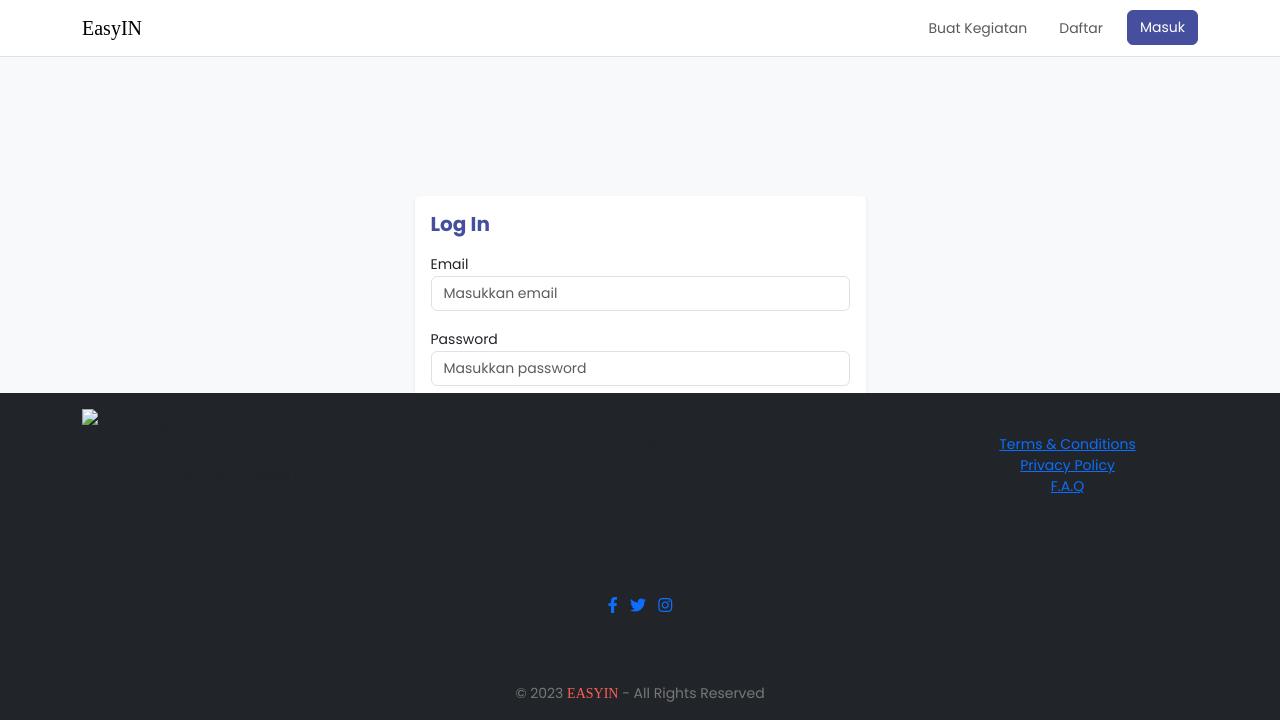
Repository: Imadaaa/Ticketing_Online
Page: http://localhost/login
The author's editor kept a copy of each file at every save. The page is drawn from the files as they stood at one save, then again after a run of saves.
The browser window is 1280 px wide. The pictures show the whole page.
Some web fonts or font styles are not loaded; a fallback is used. The page is served by the project's Laravel application, run on PHP 8.4 with Laravel 10. Other server files are loaded and not shown.

Above is the page before, as saved 2023-08-22 02:12:32.
Console error: ReferenceError: $ is not defined

### routes/web.php
<?php

use Illuminate\Support\Facades\Route;
use App\Http\Controllers\AuthController;
use App\Http\Controllers\AcaraController;
use App\Http\Controllers\TiketController;
use App\Http\Controllers\UsersController;
use App\Http\Controllers\KampusController;
use App\Http\Controllers\LokasiController;
use App\Http\Controllers\KategoriController;
use App\Http\Controllers\DashboardController;
use App\Http\Controllers\JenisTiketController;
use App\Http\Controllers\LandingPageController;
use App\Http\Controllers\MetodePembayaranController;

/*
|--------------------------------------------------------------------------
| Web Routes
|--------------------------------------------------------------------------
|
| Here is where you can register web routes for your application. These
| routes are loaded by the RouteServiceProvider and all of them will
| be assigned to the "web" middleware group. Make something great!
|
*/

// landing page
Route::get('/', [LandingPageController::class, 'index'])->name('landing-page.index');

// acara
Route::group(['prefix' => 'acara'], function() {
    Route::get('/{slug}', [AcaraController::class, 'landingPageShow'])->name('landing-page.acara.show');
});

// kategori
Route::group(['prefix' => 'kategori'], function() {
    Route::get('/', [KategoriController::class, 'landingPageIndex'])->name('landing-page.kategori.index');
});

// auth
Route::get('/login', [AuthController::class, 'getLogin'])->name('login');
Route::post('/login', [AuthController::class, 'doLogin']);
Route::post('/logout', [AuthController::class, 'doLogout'])->name('logout');
Route::group(['prefix' => 'register'], function() {
    Route::get('/', [AuthController::class, 'getRegister'])->name('register');
    Route::post('/', [AuthController::class, 'doRegister']);
    Route::get('/verifikasi/{token}', [AuthController::class, 'doVerifikasi']);
});

// dashboard
Route::group(['prefix' => 'dashboard'], function() {
    // pages
    Route::get('/', [DashboardController::class, 'getIndex'])->name('dashboard.index');

    // kategori
    Route::group(['prefix' => 'kategori'], function() {
        Route::get('/datatable-json', [KategoriController::class, 'datatableJson'])->name('dashboard.kategori.datatable-json');
    });
    Route::resource('kategori', KategoriController::class, ['as' => 'dashboard'])->except('show');

    // lokasi
    Route::group(['prefix' => 'lokasi'], function() {
        Route::get('/datatable-json', [LokasiController::class, 'datatableJson'])->name('dashboard.lokasi.datatable-json');
    });
    Route::resource('lokasi', LokasiController::class, ['as' => 'dashboard'])->except('show');

    // kampus
    Route::group(['prefix' => 'kampus'], function() {
        Route::get('/datatable-json', [KampusController::class, 'datatableJson'])->name('dashboard.kampus.datatable-json');
    });
    Route::resource('kampus', KampusController::class, ['as' => 'dashboard'])->except('show')->parameters(['kampus' => 'kampus']);

    // metode pembayaran
    Route::group(['prefix' => 'metode-pembayaran'], function() {
        Route::get('/datatable-json', [MetodePembayaranController::class, 'datatableJson'])->name('dashboard.metode-pembayaran.datatable-json');
    });
    Route::resource('metode-pembayaran', MetodePembayaranController::class, ['as' => 'dashboard'])->except('show');

    // user
    Route::group(['prefix' => 'user'], function() {
        Route::get('/datatable-json', [UsersController::class, 'datatableJson'])->name('dashboard.user.datatable-json');
    });
    Route::resource('user', UsersController::class, ['as' => 'dashboard'])->only(['index', 'destroy']);

    // acara
    Route::group(['prefix' => 'acara'], function() {
        Route::get('/datatable-json', [AcaraController::class, 'datatableJson'])->name('dashboard.acara.datatable-json');

        Route::get('/{acara}/jenis-tiket', [JenisTiketController::class, 'index'])->name('dashboard.jenis-tiket.index');
        Route::post('/{acara}/jenis-tiket', [JenisTiketController::class, 'store'])->name('dashboard.jenis-tiket.store');

        Route::get('/{acara}/tiket/datatable-json', [TiketController::class, 'datatableJson'])->name('dashboard.tiket.datatable-json');
        Route::post('/{acara}/tiket', [TiketController::class, 'store'])->name('dashboard.tiket.store');
        Route::delete('/tiket/{tiket}', [TiketController::class, 'destroy'])->name('dashboard.tiket.destroy');
    });
    Route::resource('acara', AcaraController::class, ['as' => 'dashboard'])->except('show');
});

### app/Http/Controllers/AuthController.php
<?php

namespace App\Http\Controllers;

use App\Models\User;
use App\Mail\VerifyEmail;
use Illuminate\Support\Str;
use Illuminate\Http\Request;
use App\Http\Requests\UserRequest;
use Illuminate\Support\Facades\DB;
use Illuminate\Support\Facades\Mail;

class AuthController extends Controller
{
    public function getLogin()
    {
        return view('auth.login');
    }

    public function doLogin(Request $request)
    {
        $credentials = [
            'email' => $request->email,
            'password' => $request->password,
            'is_active' => true
        ];

        if(auth()->attempt($credentials)) {
            return redirect()->route('landing-page.index');
        }

        return redirect()->back()->with('error', 'Email atau password salah');
    }

    public function getRegister()
    {
        return view('auth.register');
    }

    public function doRegister(UserRequest $request)
    {
        $verify_token = Str::random(25);

        $payload = [
            'nama' => $request->nama,
            'verify_token' => $verify_token
        ];

        DB::beginTransaction();

        try {
            Mail::to($request->email)->send(new VerifyEmail($payload));

            User::create([
                'nama' => $request->nama,
                'email' => $request->email,
                'password' => bcrypt($request->password),
                'verify_email_token' => $verify_token
            ]);

            DB::commit();

            return redirect()->back()->with('success', 'Silahkan periksa email anda');
        } catch (Exception $e) {
            DB::rollback();

            return redirect()->back()->with('error', 'Proses registrasi gagal');
        }
    }

    public function doLogout()
    {
        auth()->logout();

        return redirect()->route('landing-page.index');
    }

    public function doVerifikasi($token)
    {
        if(!$token) {
            abort(404);
        }

        $user = User::where('verify_email_token', '=', $token)->firstOrFail();

        $user->update([
            'email_verified_at' => date('Y-m-d H:i:s'),
            'verify_email_token' => null,
            'is_active' => true
        ]);

        return redirect()->route('login')->with('success', 'Email berhasil di verifikasi, silahkan masuk');
    }
}

### resources/views/auth/login.blade.php
@extends('template.landing-page.app')

@section('title', 'Login')

@push('styles')
    <style>
        .wrap-login {
            margin-top: 100px;
        }
    </style>
@endpush

@section('content')
    <div class="container py-5">
        <div class="row mt-5 justify-content-center">
            <div class="col-lg-5 wrap-login">
                @if(session('error'))
                    <div class="alert bg-danger fs-14 text-white">
                        <i class="fa-solid fa-circle-xmark"></i>
                        <span>{{ session('error') }}</span>
                    </div>
                @elseif(session('success'))
                    <div class="alert bg-success fs-14 text-white">
                        <i class="fa-solid fa-circle-check"></i>
                        <span>{{ session('success') }}</span>
                    </div>
                @endif
                <div class="card border-0">
                    <div class="card-body shadow-sm">
                        <h5 class="fw-700 text-primary">Log In</h5>
                        <form action="{{ url('/login') }}" method="POST" class="mt-3">
                            @csrf
                            <div class="mb-3">
                                <label for="email" class="fs-14">Email</label>
                                <input type="email" class="form-control fs-14" name="email" id="email" placeholder="Masukkan email" required>
                            </div>
                            <div class="mb-3">
                                <label for="password" class="fs-14">Password</label>
                                <input type="password" class="form-control fs-14" name="password" id="password" placeholder="Masukkan password" required>
                            </div>
                            <div class="mb-3">
                                <p class="fs-14 mb-1 text-muted">Belum punya akun? daftar <a class="text-primary text-decoration-none" href="{{ route('register') }}">disini</a></p>
                                <p class="fs-14 mb-1 text-muted"><a class="text-primary text-decoration-none" href="{{ route('register') }}">Lupa Password</a></p>
                                <button type="submit" class="btn btn-primary fw-700 fs-14">Log In</button>
                            </div>
                        </form>
                    </div>
                </div>
            </div>
        </div>
    </div>
@endsection

### resources/views/template/landing-page/app.blade.php
<!doctype html>
<html lang="en">

<head>
    <meta charset="utf-8">
    <meta name="viewport" content="width=device-width, initial-scale=1">
    <title>EasyIN - @yield('title')</title>

    @include('template.landing-page.partials._style')
</head>

<body class="bg-light">
    {{-- navbar --}}
    @include('template.landing-page.partials._navbar')

    @yield('content')

    {{-- footer --}}
    @include('template.landing-page.partials._footer')

    @include('template.landing-page.partials._script')
</body>

</html>

### resources/views/template/landing-page/partials/_style.blade.php
<link href="https://cdn.jsdelivr.net/npm/bootstrap@5.3.1/dist/css/bootstrap.min.css" rel="stylesheet"
    integrity="sha384-4bw+/aepP/YC94hEpVNVgiZdgIC5+VKNBQNGCHeKRQN+PtmoHDEXuppvnDJzQIu9" crossorigin="anonymous">
<link rel="stylesheet" href="{{ asset('css/custom.css') }}">
<link rel="preconnect" href="https://fonts.googleapis.com">
<link rel="preconnect" href="https://fonts.gstatic.com" crossorigin>
<link href="https://fonts.googleapis.com/css2?family=Audiowide&family=Poppins:wght@400;500;600;700&display=swap"
    rel="stylesheet">
<link rel="stylesheet" href="https://cdnjs.cloudflare.com/ajax/libs/font-awesome/6.4.0/css/all.min.css"
    integrity="sha512-iecdLmaskl7CVkqkXNQ/ZH/XLlvWZOJyj7Yy7tcenmpD1ypASozpmT/E0iPtmFIB46ZmdtAc9eNBvH0H/ZpiBw=="
    crossorigin="anonymous" referrerpolicy="no-referrer" />
<link rel="stylesheet" href="{{ asset('path/to/slick.css') }}">
<link rel="stylesheet" href="{{ asset('path/to/slick-theme.css') }}">
<script src="{{ asset('path/to/slick.min.js') }}"></script>
@stack('styles')

### resources/views/template/landing-page/partials/_navbar.blade.php
<nav class="navbar navbar-expand-lg {{ request()->is('login') || request()->is('register') || !request()->is('/') ? 'bg-white border-bottom' : '' }}">
    <div class="container">
        <a class="navbar-brand {{ request()->is('login') || request()->is('register') || !request()->is('/') ? '' : 'text-white' }} text-title" href="{{ route('landing-page.index') }}">EasyIN</a>
        <button class="navbar-toggler" type="button" data-bs-toggle="collapse" data-bs-target="#navbarNav"
            aria-controls="navbarNav" aria-expanded="false" aria-label="Toggle navigation">
            <span class="navbar-toggler-icon"></span>
        </button>
        <div class="collapse navbar-collapse" id="navbarNav">
            <ul class="navbar-nav ms-auto">
                <li class="nav-item ms-3">
                    <a class="nav-link {{ request()->is('login') || request()->is('register') || !request()->is('/') ? '' : 'text-white' }} fs-14" aria-current="page" href="#">Buat Kegiatan</a>
                </li>
                @if(auth()->user())
                    <li class="nav-item ms-3">
                        <a class="nav-link {{ request()->is('login') || request()->is('register') || !request()->is('/') ? '' : 'text-white' }} fs-14" href="{{ route('dashboard.index') }}">Dashboard</a>
                    </li>
                    <li class="nav-item ms-3">
                        <a class="nav-link {{ request()->is('login') || request()->is('register') || !request()->is('/') ? '' : 'text-white' }} fs-14" href="#" onclick="document.getElementById('form-logout').submit();">Logout <i class="fa-solid fa-power-off"></i></a>
                        <form action="{{ route('logout') }}" method="POST" id="form-logout">
                            @csrf
                        </form>
                    </li>
                @else
                    <li class="nav-item ms-3">
                        <a class="nav-link {{ request()->is('login') || request()->is('register') || !request()->is('/') ? '' : 'text-white' }} fs-14" href="{{ route('register') }}">Daftar</a>
                    </li>
                    <li class="nav-item ms-3">
                        <a class="btn btn-primary {{ request()->is('login') || request()->is('register') || !request()->is('/') ? '' : 'text-white' }} fs-14" href="{{ route('login') }}">Masuk</a>
                    </li>
                @endif
            </ul>
        </div>
    </div>
</nav>

### resources/views/template/landing-page/partials/_footer.blade.php
<footer class="bg-dark text-center py-3 {{ request()->is('login') || request()->is('register') ? 'footer-fixed' : '' }}">
    <div class="container slider">
        <div class="row">
            <div class="col-md-4">
                <div class="d-flex align-items-center">
                    <img src="{{ asset('storage/img/logo/Steam_icon.png') }}" alt="Logo" class="logo me-3"
                        style="max-width: 50px;">
                    <p class="fs-14 mb-0">EASYIN</p>
                </div>
                <p class="mt-3 fs-14">Bringing Events to You</p>
            </div>
            <div class="col-md-5">
                <h5 class="fs-14">About Us</h5>
                <p class="fs-10">EASYIN is a platform that connects event organizers with participants, providing an
                    easy way to discover and join various events.</p>
            </div>
            <div class="col-md-3">
                <h5 class="fs-14">Quick Links</h5>
                <ul class="list-unstyled fs-14">
                    <li><a href="#">Terms & Conditions</a></li>
                    <li><a href="#">Privacy Policy</a></li>
                    <li><a href="#">F.A.Q</a></li>
                </ul>
            </div>
            <div class="col-md-12 mt-4">
                <h5 class="fs-18 mb-4">Stay Connected</h5>
                <ul class="list-inline social-icons">
                    <li class="list-inline-item"><a href="#" class="social-link"><i
                                class="fab fa-facebook-f"></i></a></li>
                    <li class="list-inline-item"><a href="#" class="social-link"><i
                                class="fab fa-twitter"></i></a></li>
                    <li class="list-inline-item"><a href="#" class="social-link"><i
                                class="fab fa-instagram"></i></a></li>
                </ul>
            </div>
        </div>
        <hr class="my-4">
        <div class="row">
            <div class="col-md-12 text-center">
                <p class="fs-14 mb-0" style="color: #777;">&copy; {{ date('Y') }} <span class="text-title"
                        style="color: #fd5e53;">EASYIN</span> - All Rights Reserved</p>
            </div>
        </div>
    </div>
</footer>

### resources/views/template/landing-page/partials/_script.blade.php
<script src="https://cdn.jsdelivr.net/npm/bootstrap@5.3.1/dist/js/bootstrap.bundle.min.js"
    integrity="sha384-HwwvtgBNo3bZJJLYd8oVXjrBZt8cqVSpeBNS5n7C8IVInixGAoxmnlMuBnhbgrkm" crossorigin="anonymous">
</script>
<script>
    $(document).ready(function() {
        $('.slider').slick({
            autoplay: true,
            dots: true,
            // Konfigurasi slider lainnya sesuai kebutuhan
        });
    });
</script>
@stack('scripts')

### public/css/custom.css
* {
    font-family: "Poppins", sans-serif;
}

.navbar {
    position: absolute !important;
    width: 100%;
    z-index: 1;
}

#hero {
    background-image: url("../img/hero.jpg");
    height: 500px;
    background-position: center;
    background-repeat: no-repeat;
    position: relative;
}

#hero::after {
    content: "";
    height: 100%;
    width: 100%;
    background-color: rgba(0, 0, 0, .5);
    display: block;
}

#hero .text-hero {
    position: absolute;
    width: auto;
    height: auto;
    top: 40%;
    text-align: center;
}

.search-bar {
    margin-top: -80px;
    z-index: 1;
    position: relative;
}

.search-bar .wrap-search-form {
    padding: 60px 50px;
}

#kegiatan-kampus .card {
    background-position: center;
    background-size: cover;
    background-repeat: no-repeat;
    position: relative;
}

#kegiatan-kampus .card::before {
    content: "";
    height: 100%;
    width: 100%;
    background-color: rgba(0, 0, 0, .5);
    display: block;
    position: absolute;
    border-radius: 0.375rem;
}

#kegiatan-kampus .card .card-body h5 {
    margin-top: 200px;
}

#kegiatan-kampus .card .card-body h5, #kegiatan-kampus .card .card-body p, #kegiatan-kampus .card .card-body a {
    z-index: 1;
    position: relative;
}

footer, .bg-dark {
    background-color: #212529 !important;
}

.text-title {
    font-family: 'Audiowide', cursive;
}

.fs-14 {
    font-size: 14px;
}

.fs-12 {
    font-size: 12px;
}

.fs-60 {
    font-size: 60px;
}

.fw-700 {
    font-weight: 700;
}

.btn-primary {
    background-color: #464F9E !important;
    border-color: #464F9E !important;
}

.btn-outline-primary {
    background-color: white !important;
    border-color: #464F9E !important;
    color: #464F9E !important;
}

.btn-outline-primary:hover {
    background-color: #464F9E !important;
    color: white !important;
}

.text-primary {
    color: #464F9E !important;
}

.footer-fixed {
    position: absolute;
    width: 100%;
    bottom: 0;
}

Loaded but not shown: app/Http/Controllers/Controller.php (common file)

After the next 2 saves:
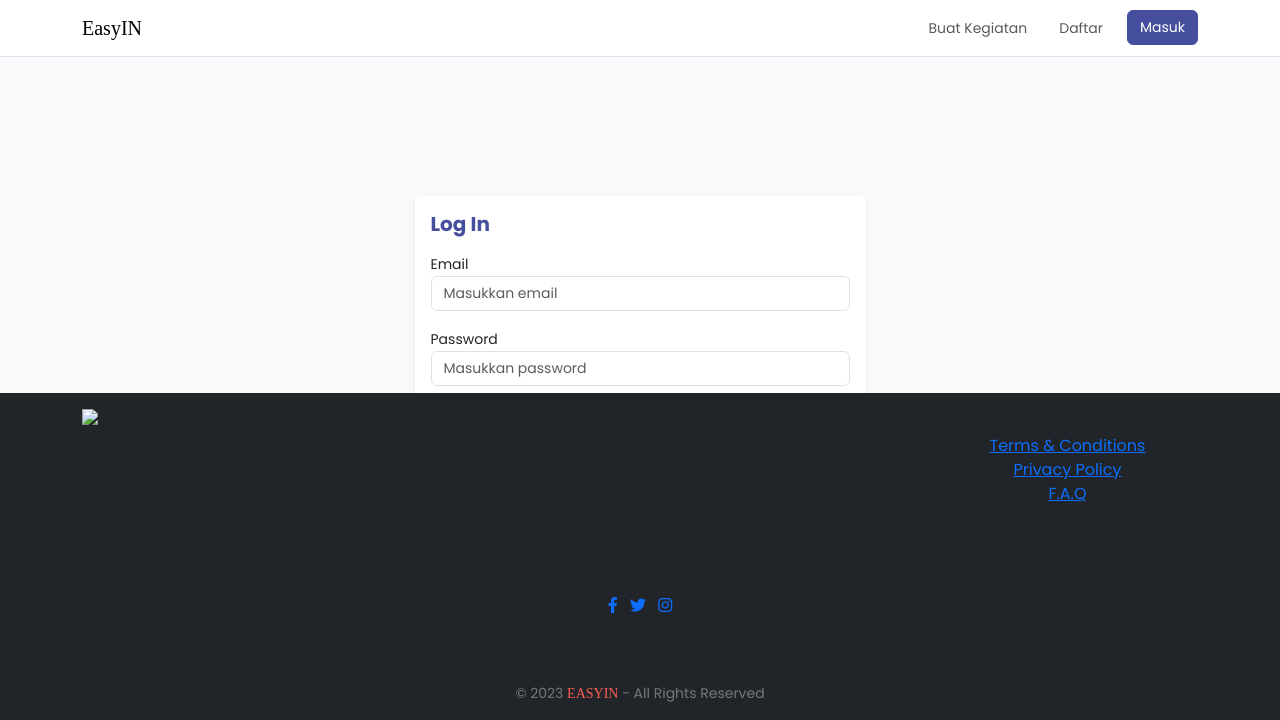
The 2 saves are shown as one change because they came seconds apart.
The last was saved 6 s later.
--- a/resources/views/template/landing-page/partials/_footer.blade.php
+++ b/resources/views/template/landing-page/partials/_footer.blade.php
@@ -16,7 +16,7 @@
             </div>
             <div class="col-md-3">
                 <h5 class="fs-14">Quick Links</h5>
-                <ul class="list-unstyled fs-14">
+                <ul class="list-unstyled fs-10">
                     <li><a href="#">Terms & Conditions</a></li>
                     <li><a href="#">Privacy Policy</a></li>
                     <li><a href="#">F.A.Q</a></li>
